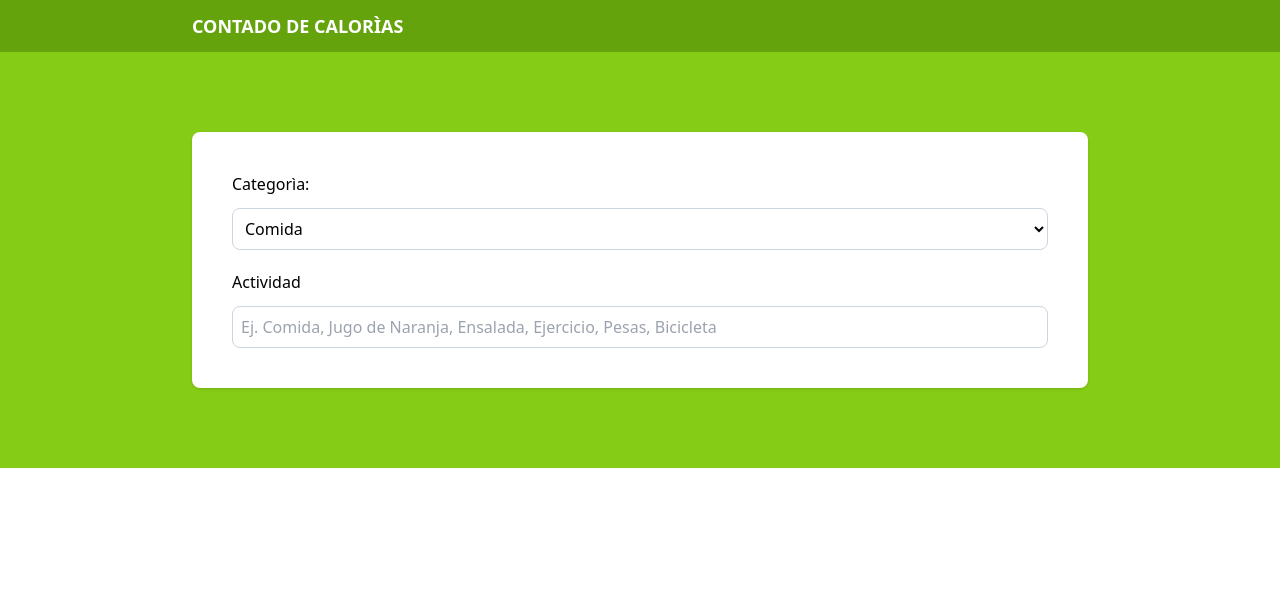
Repository: Matiiu/calorie-tracker
Page: /
These files come from the project's save history. The page is drawn as it stood at one moment and after the next save; the edit follows.
The browser window is 1280 px wide. The pictures show the whole page.
The project was rebuilt for these pictures with package versions that can differ from the ones it lists, and the page was loaded fresh each time. Also part of the build but not shown: vite.config.ts.

Above is the page before, as saved 2024-03-30 22:45:16.

### index.html
<!doctype html>
<html lang="en">
  <head>
    <meta charset="UTF-8" />
    <link rel="icon" type="image/svg+xml" href="/vite.svg" />
    <meta name="viewport" content="width=device-width, initial-scale=1.0" />
    <title>Contador de Calorías - React</title>
  </head>
  <body>
    <div id="root"></div>
    <script type="module" src="/src/main.tsx"></script>
  </body>
</html>

### src/App.tsx
import Header from "./components/Header";
import Form from "./components/Form";
export default function App() {
  return (
    <>
      <Header />

      <section className="bg-lime-500 py-20 px-5">
        <div className="max-w-4xl mx-auto">
          <Form />
        </div>
      </section>
    </>
  );
}

### src/components/Header.tsx
export default function Header() {
  return (
    <header className="bg-lime-600 py-3">
      <div className="max-w-4xl mx-auto flex justify-between">
        <h1 className="text-center text-lg font-bold text-white uppercase">
          Contado de Calorìas
        </h1>
      </div>
    </header>
  );
}

### src/components/Form.tsx
import { categories } from "../data/categories";

export default function Form() {
  return (
    <form className="space-y-5 bg-white shadow p-10 rounded-lg">
      <div className="grid grid-cols-1 gap-3">
        <label htmlFor="category">Categorìa:</label>
        <select
          name="category"
          id="category"
          className="border border-slate-300 p-2 rounded-lg w-full bg-white"
        >
          {categories.map((category) => (
            <option key={category.id} value={category.id}>
              {category.name}
            </option>
          ))}
        </select>
      </div>

      <div className="grid grid-cols-1 gap-3">
        <label htmlFor="activity">Actividad</label>
        <input
            id="activity"
            name="activity"
            type="text"
            className="border border-slate-300 p-2 rounded-lg"
            placeholder="Ej. Comida, Jugo de Naranja, Ensalada, Ejercicio, Pesas, Bicicleta"
        />
      </div>
    </form>
  );
}

### src/data/categories.ts
import { Category } from "../types";

export const categories: Category[] = [
  { id: 1, name: "Comida" },
  { id: 2, name: "Ejercicio" },
];

Loaded but not shown: src/main.tsx (common file); src/index.css (common file); tailwind.config.js (common file)

After the next save:
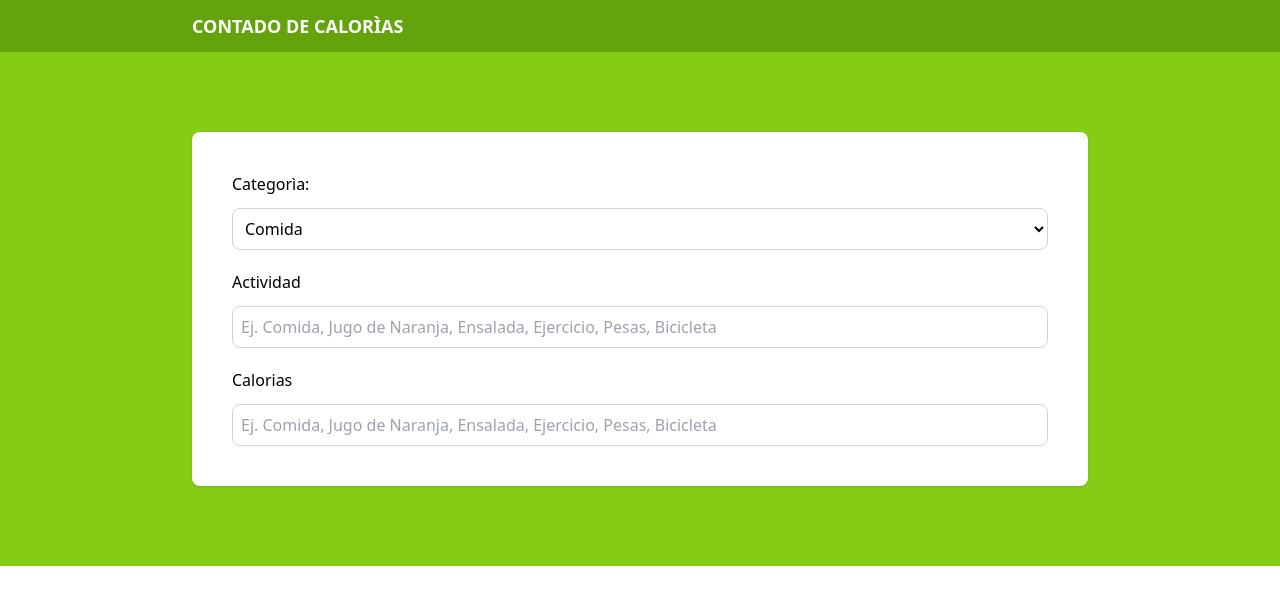
Saved 33 s later.
--- a/src/components/Form.tsx
+++ b/src/components/Form.tsx
@@ -28,6 +28,17 @@ export default function Form() {
             placeholder="Ej. Comida, Jugo de Naranja, Ensalada, Ejercicio, Pesas, Bicicleta"
         />
       </div>
+
+      <div className="grid grid-cols-1 gap-3">
+        <label htmlFor="calories">Calorias</label>
+        <input
+            id="calories"
+            name="calories"
+            type="text"
+            className="border border-slate-300 p-2 rounded-lg"
+            placeholder="Ej. Comida, Jugo de Naranja, Ensalada, Ejercicio, Pesas, Bicicleta"
+        />
+      </div>
     </form>
   );
 }
